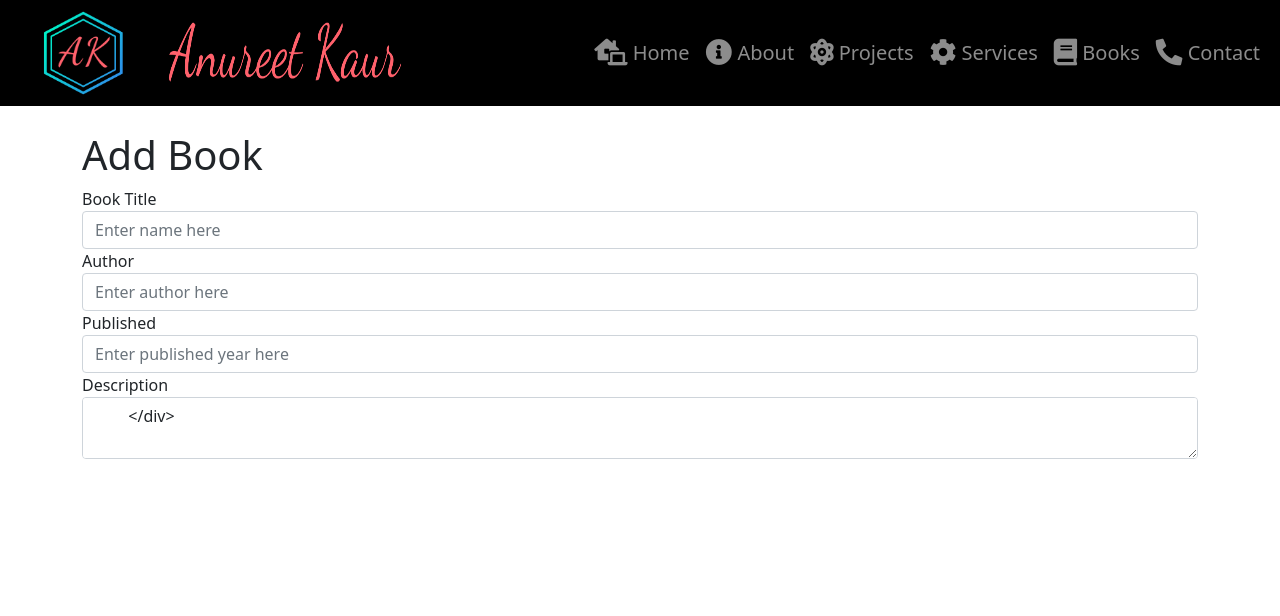
Repository: Anureet23/Portfolio_Authentication
Page: http://localhost/book-list/add
An editor plug-in stored every save of this project. The page is shown before and after a run of saves, followed by the edit.
The browser window is 1280 px wide. The pictures show the whole page.
The page is served by the project's Node server (server.js).

Above is the page before, as saved 2021-06-16 19:49:09.

After the next 2 saves:
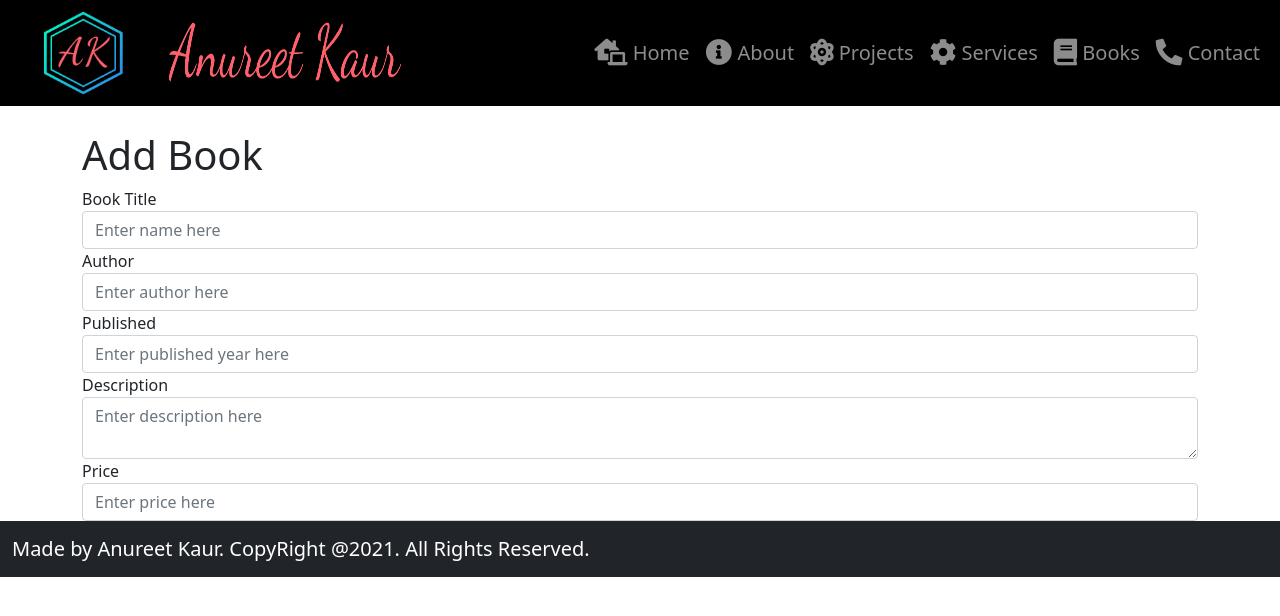
The 2 saves are shown as one change because they came seconds apart.
The last was saved 17 s later.
--- a/server/views/book/add.ejs
+++ b/server/views/book/add.ejs
@@ -29,7 +29,7 @@
 
         <div class="form-group">
             <label for="descriptionTextField">Description</label>
-            <textarea type="text" class="form-control" id="descriptionTextField" placeholder="Enter description here" name="description" required>
+            <textarea type="text" class="form-control" id="descriptionTextField" placeholder="Enter description here" name="description" required></textarea>
         </div>
 
         <div class="form-group">
